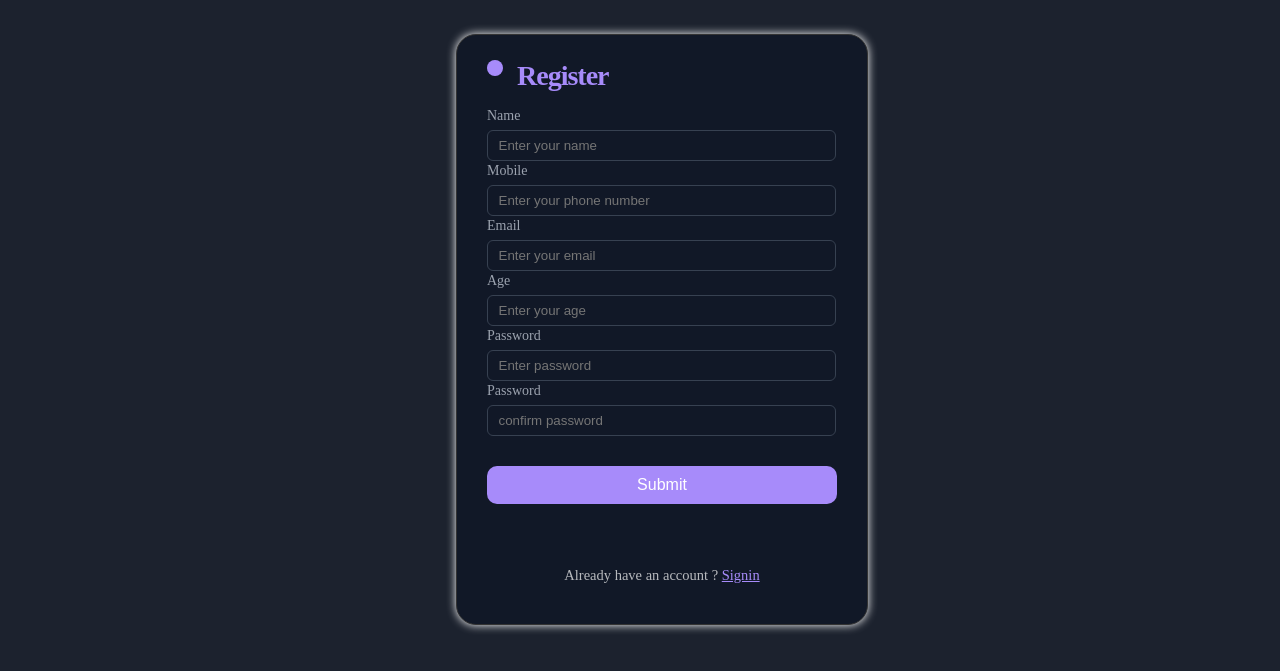
Repository: PeruriNaresh/Bank_Project
Page: http://localhost/bank_project/register.jsp
An editor plug-in stored every save of this project. The page is shown before and after the next save, followed by the edit.
The browser window is 1280 px wide. The pictures show the whole page.
The page is served by Tomcat 9.

Above is the page before, as saved 2024-10-24 17:17:18.

After the next save:
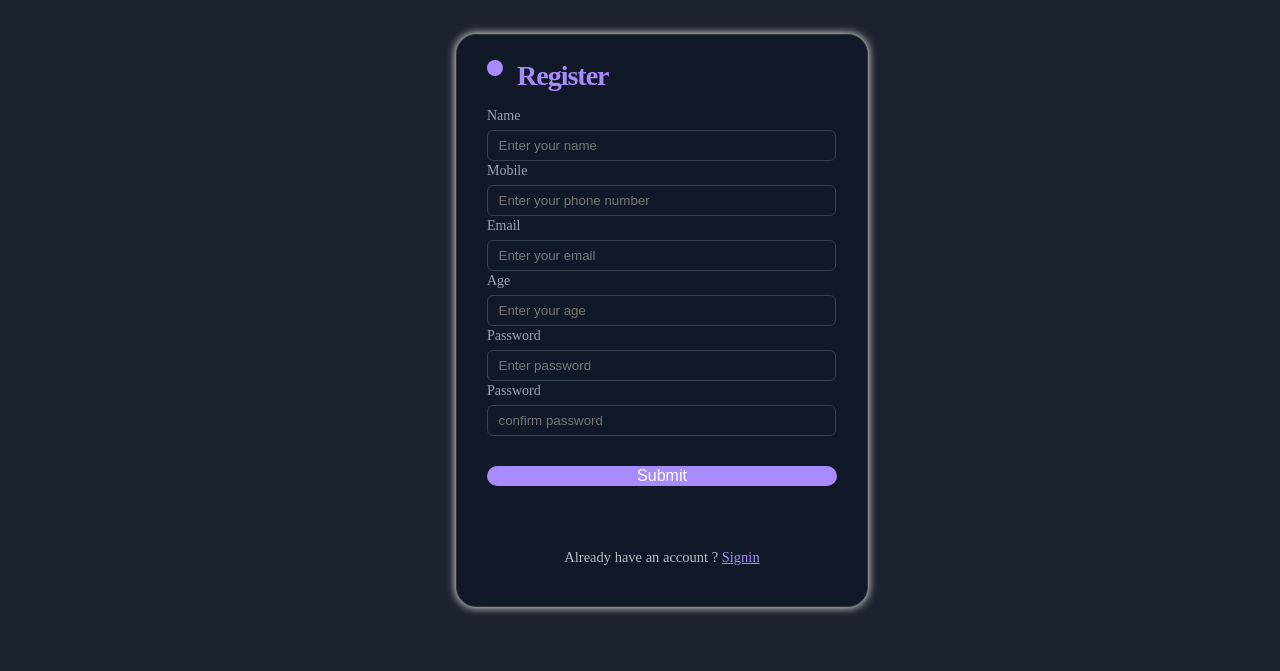
Saved 47 s later.
--- a/bank_project/src/main/webapp/register.jsp
+++ b/bank_project/src/main/webapp/register.jsp
@@ -154,13 +154,13 @@
         .submit {
         border: none;
         outline: none;
-        padding: 10px;
         border-radius: 10px;
         color: #fff;
         font-size: 16px;
         transform: .3s ease;
         background-color:  rgba(167, 139, 250, 1);
         position:relative;
+
         }
 
         @keyframes pulse {

After the save that followed:
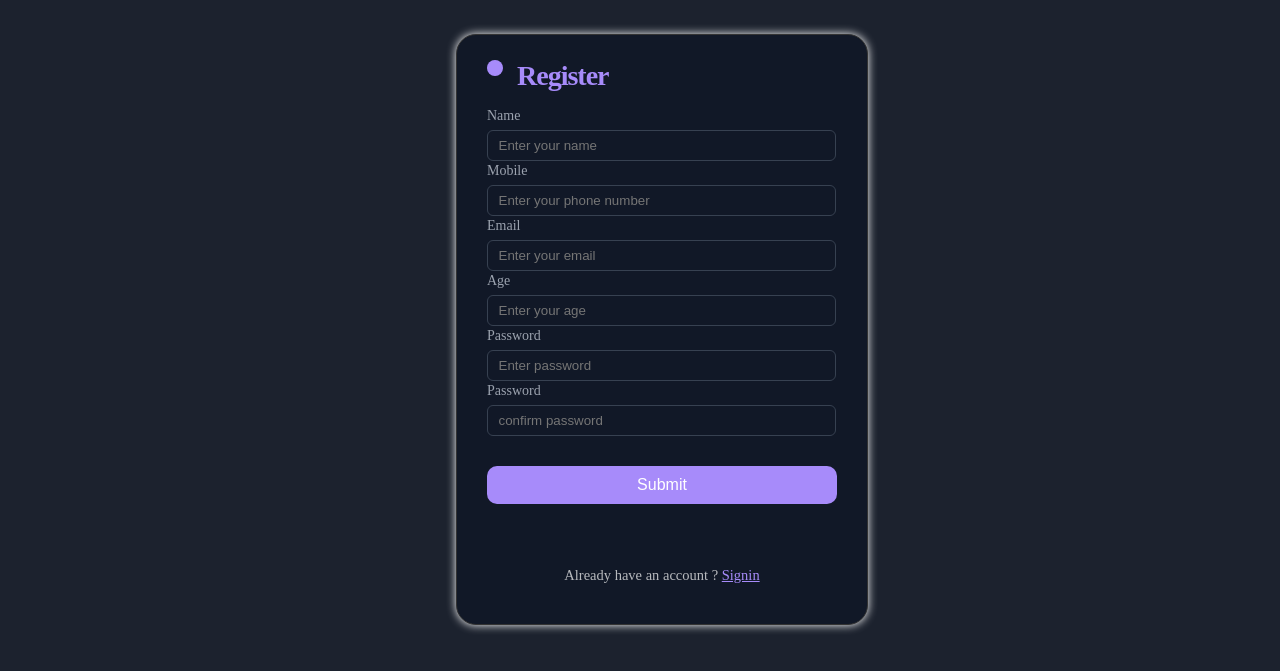
Saved 80 s later.
--- a/bank_project/src/main/webapp/register.jsp
+++ b/bank_project/src/main/webapp/register.jsp
@@ -154,13 +154,13 @@
         .submit {
         border: none;
         outline: none;
+        padding: 10px;
         border-radius: 10px;
         color: #fff;
         font-size: 16px;
         transform: .3s ease;
         background-color:  rgba(167, 139, 250, 1);
         position:relative;
-
         }
 
         @keyframes pulse {
